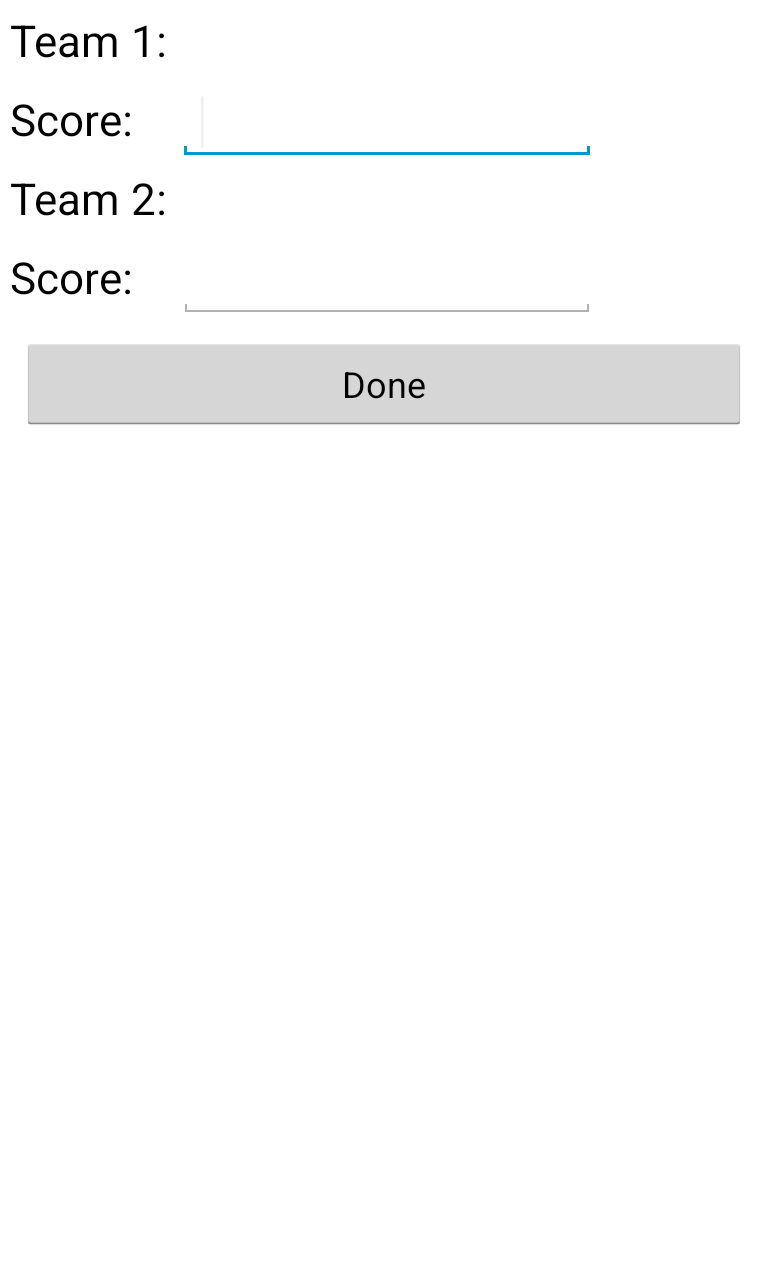
Repository: shervinshaikh/Android
Layout: NBAScoreTracker/res/layout/fragment_scores.xml
These files come from the project's save history. The layout is drawn as it stood at one moment and after the next save; the edit follows.
It is drawn on a 768 x 1280 px phone screen (xhdpi) without system bars, with theme AppTheme; the app's code is not run.

Above is the layout before, as saved 2013-04-30 01:28:55.

After the next save:
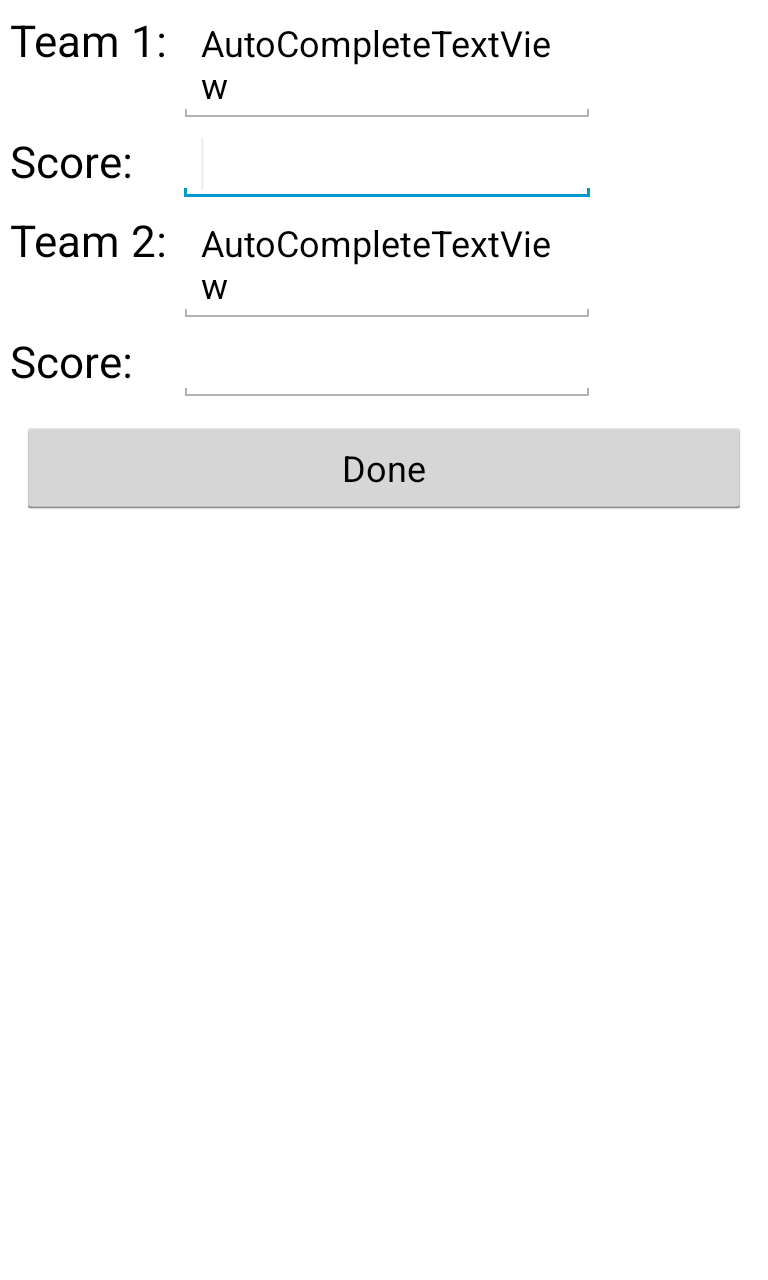
Saved 14 min 2 s later.
--- a/NBAScoreTracker/res/layout/fragment_scores.xml
+++ b/NBAScoreTracker/res/layout/fragment_scores.xml
@@ -15,6 +15,13 @@
             android:textAppearance="?android:attr/textAppearanceLarge"
             android:padding="5dip"
              />
+
+        <AutoCompleteTextView
+            android:id="@+id/team1"
+            android:layout_width="wrap_content"
+            android:layout_height="wrap_content"
+            android:ems="10"
+            android:text="AutoCompleteTextView" />
 
     </TableRow>
 
@@ -56,6 +63,13 @@
             android:textAppearance="?android:attr/textAppearanceLarge"
             android:padding="5dip" />
 
+        <AutoCompleteTextView
+            android:id="@+id/autoCompleteTextView2"
+            android:layout_width="wrap_content"
+            android:layout_height="wrap_content"
+            android:ems="10"
+            android:text="AutoCompleteTextView" />
+
     </TableRow>
 
     <TableRow
